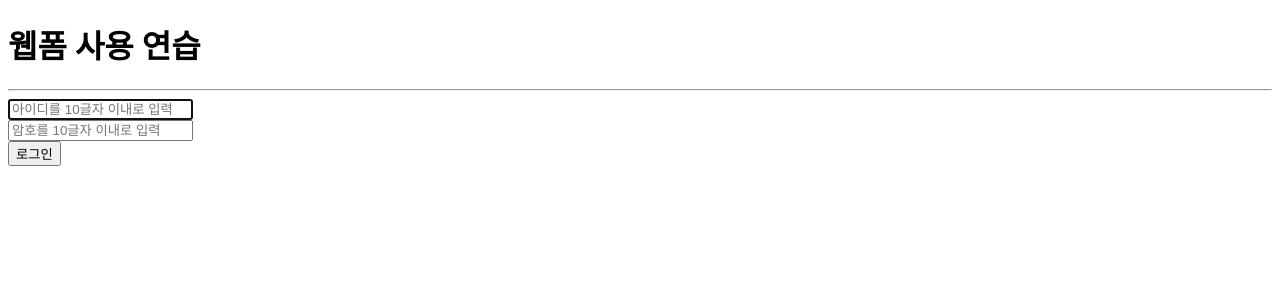
Repository: bianchi112/ict-data
Page: web_workspace/testHTMLProject2/src/main/webapp/views/test/testForm.html
These files come from the project's save history. The page is drawn as it stood at one moment and after the next save; the edit follows.
The browser window is 1280 px wide. The pictures show the whole page.

Above is the page before, as saved 2024-08-16 01:27:29.

### web_workspace/testHTMLProject2/src/main/webapp/views/test/testForm.html
<!DOCTYPE html>
<html>
<head>
<meta charset="UTF-8">
<title>testForm</title>
</head>
<body>
<header>
	<h1>웹폼 사용 연습</h1>
</header>
<hr>
<div id="login_div">
<!-- 서버로 입력값을 전송하기 위해서 사용하는 태그 : form 태그
	 값을 입력받기 위한 input(입력양식) 태그들은 반드시 form 태그안에 작성해야 함
	 속성 :
	 action="서버측의 값받을 클래스명 또는 클래스의  매핑이름"
	 method="값전송방식", GET | POST
	 	- GET : 입력값들이 전송시에 브라우저 상단 URL에 보여짐
	 		request(요청) 객체의 head 영역에 기록이 되기 때문임
	 	- POST : URL 상에 안 보여짐
	 		request 객체의 body 영역에 전송값들이 인코딩되어서 기록되기 때문임
 -->
<form action="result.html" method="post"> <!-- method 속성 생략시 기본 전송방식 get 이 사용됨 -->
<table width="250" cellspacing="0" cellpadding="0">
	<tr><td>
		<input type="text" name="userid" size="20" maxlength="10"
			placeholder="아이디를 10글자 이내로 입력" autofocus autocomplet required>
	</td></tr>
	<tr><td><input type="password" name="userpwd" size="20" maxlength="10"
		placeholder="암호를 10글자 이내로 입력" required></td></tr>
	<tr><td><input type="submit" value="로그인"></td></tr>
	<!-- form 태그 안에 submit(전송버튼)은 1개만 존재해야 함, 전송을 위해 반드시 필요함 -->
</table>
</form>
</div>
</body>
</html>

After the next save:
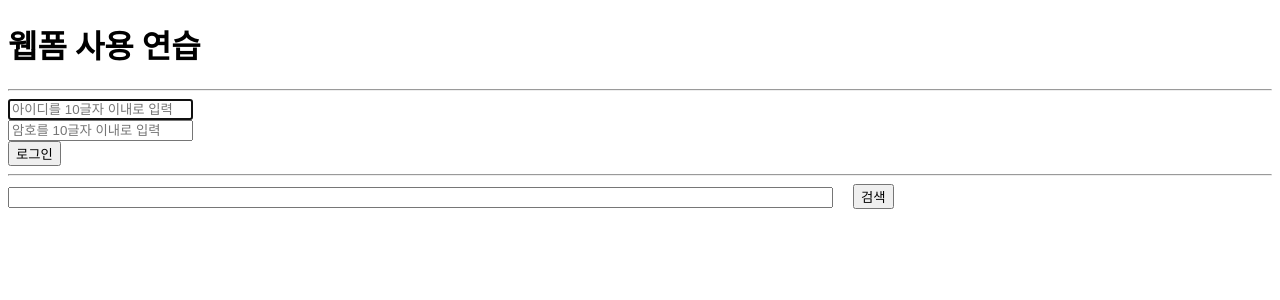
Saved 21 min 24 s later.
--- a/web_workspace/testHTMLProject2/src/main/webapp/views/test/testForm.html
+++ b/web_workspace/testHTMLProject2/src/main/webapp/views/test/testForm.html
@@ -32,6 +32,12 @@
 	<!-- form 태그 안에 submit(전송버튼)은 1개만 존재해야 함, 전송을 위해 반드시 필요함 -->
 </table>
 </form>
+<hr>
+<div id="search_div">
+<form action="result.html method="get">
+	<input type="search" name="keyword" size="100"> &nbsp; &nbsp; <input type="submit" value="검색">
+</form>
+</div>
 </div>
 </body>
 </html>
